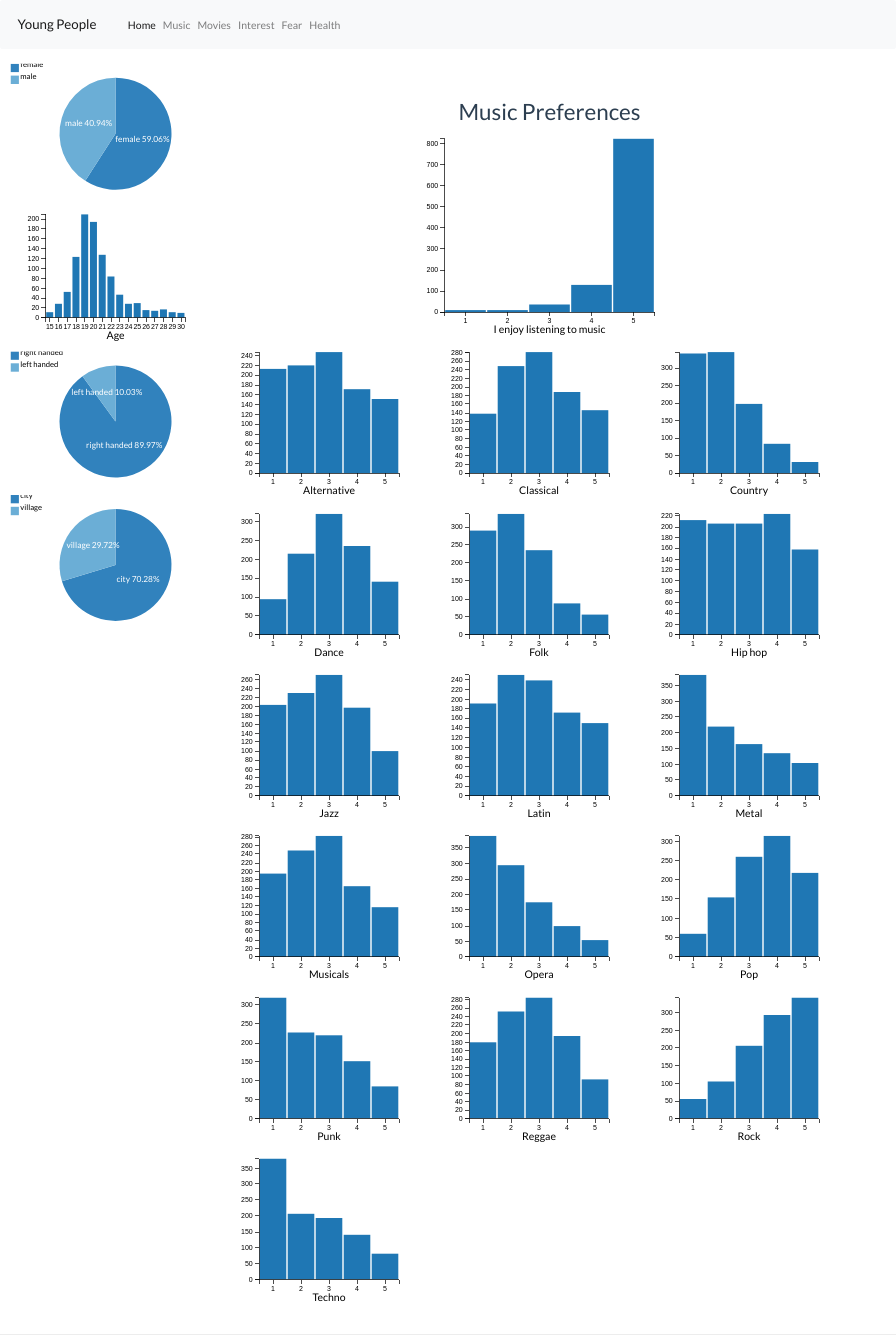
Repository: BrendanMolloy/milestone2
Page: index.html
The author's editor kept a record of every edit. The page is drawn from the files as they stood at one moment, then again after the next edit.
The browser window is 1280 px wide. The pictures show the whole page, at 70% of full size.

Above is the page before.

After the next edit:
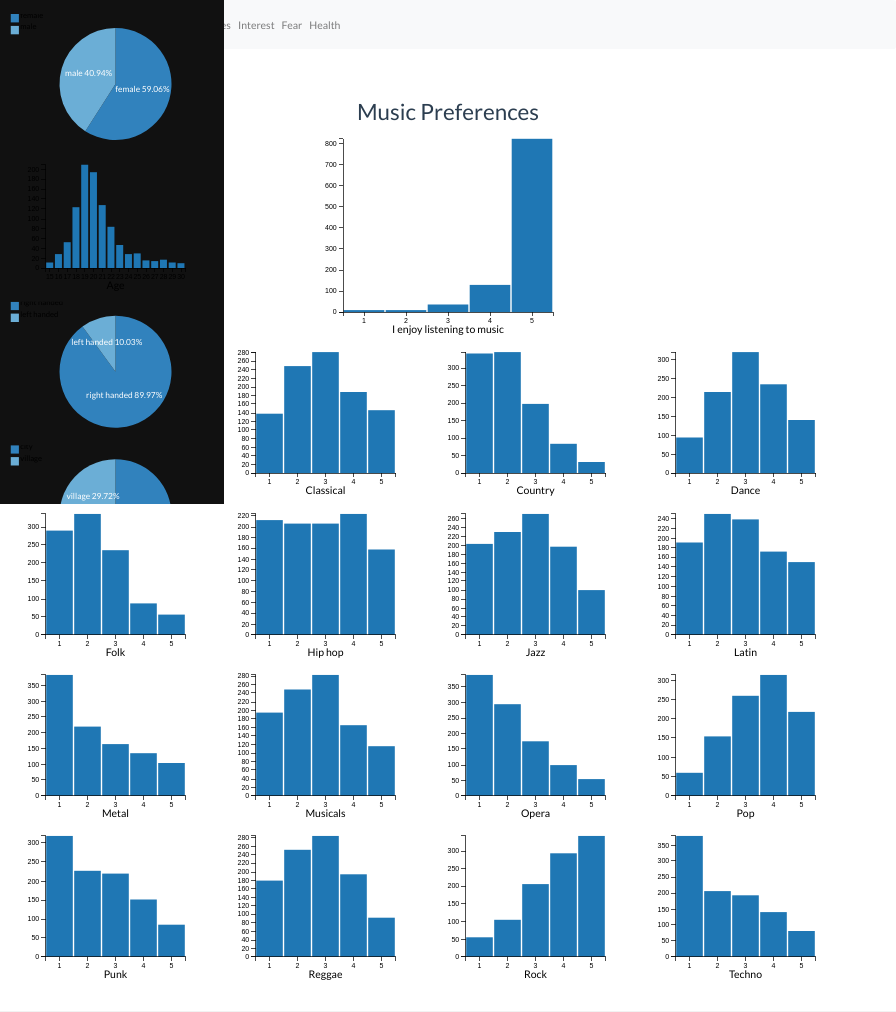
The edit:
--- a/css/style.css
+++ b/css/style.css
@@ -7,3 +7,20 @@
 .row {
 	text-align: center;
 }
+
+.navbar-container {
+	width: 100vw;
+	z-index: 2;
+}
+
+.sidenav {
+  height: 100%; /* Full-height: remove this if you want "auto" height */
+  width: 500px; /* Set the width of the sidebar */
+  position: fixed; /* Fixed Sidebar (stay in place on scroll) */
+  z-index: 1; /* Stay on top */
+  top: 0; /* Stay at the top */
+  left: 0;
+  background-color: #111; /* Black */
+  overflow-x: hidden; /* Disable horizontal scroll */
+  padding-top: 20px;
+}
